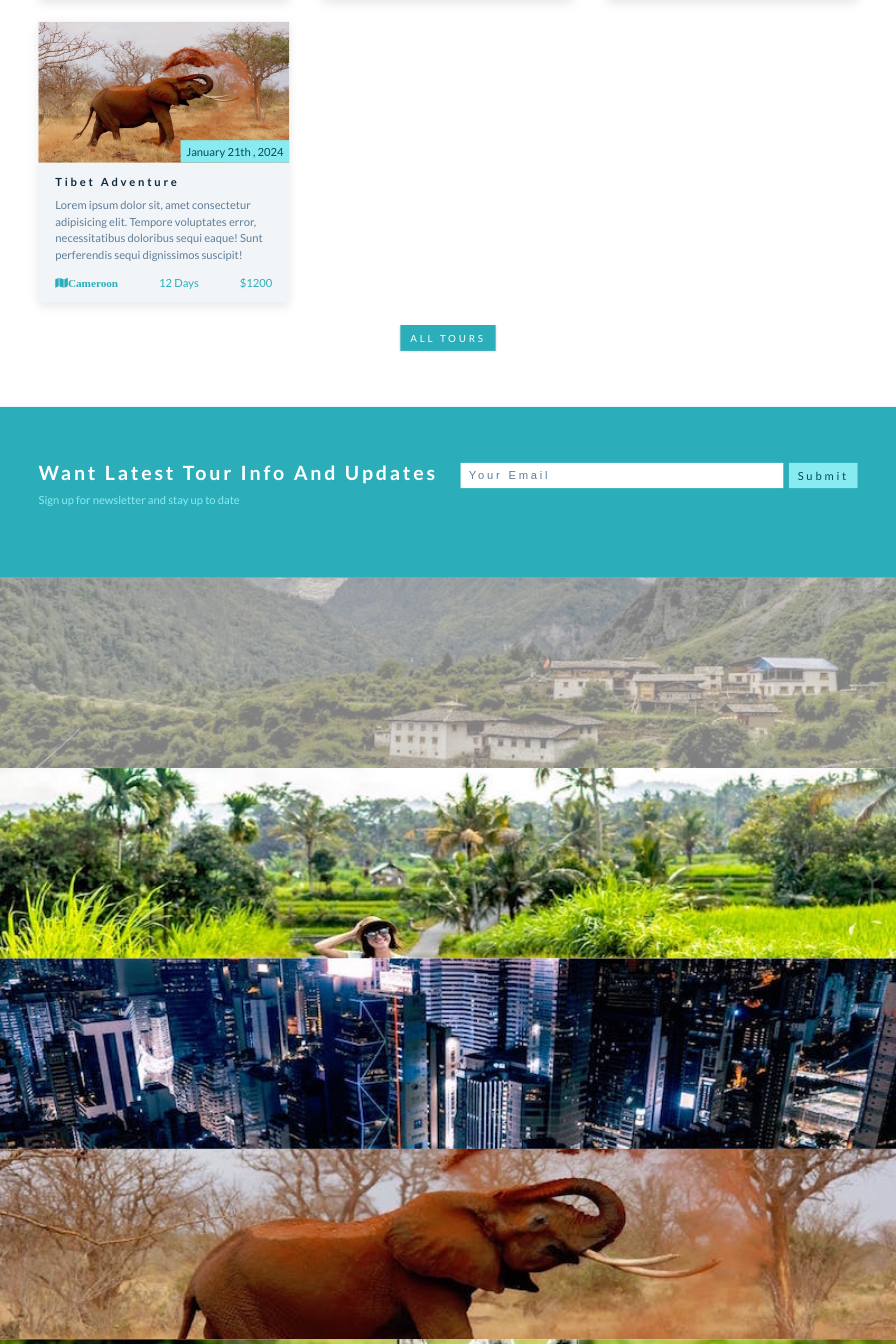
Repository: Ndifoinhilary/flexbox-project
Page: index.html
An editor plug-in stored every save of this project. The page is shown before and after the next save, followed by the edit.
The browser window is 1280 px wide. The pictures show the part of the page from y = 2386 to 4306 px (the page is 5387 px tall), at 70% of full size.
The pointer rests on the first visible `.gallery-img-container`.

Above is the page before, as saved 2024-01-24 05:36:39.

### index.html
<!DOCTYPE html>
<html lang="en">
  <head>
    <meta charset="UTF-8" />
    <meta name="viewport" content="width=device-width, initial-scale=1.0" />
    <meta http-equiv="X-UA-Compatible" content="ie=edge" />
    <title>Backroads || Tour Company</title>
    <!-- favicon -->
    <link rel="shortcut icon" href="./images/favicon.ico" type="image/x-icon" />
    <!-- font-awesome -->
    <link rel="stylesheet" href="fontawesome-free-5.9.0-web/css/all.min.css" />
    <!-- styles css -->
    <link rel="stylesheet" href="./css/main.css" />
  </head>
  <body>
    <header id="home">
      <!-- nav bar -->
      <!-- end of nav bar -->
  <!-- hero section  -->
  <div class="hero">
    <div class="hero-banner">
      <h1>continue exploring</h1>
      <p>Lorem ipsum dolor sit, amet consectetur adipisicing elit. Officiis, quam!</p>
      <a href="#featured" class="btn hero-btn scroll-link ">explore tours</a>
    </div>
  </div>
   <!-- end of hero section  -->
    </header>
    <!-- end of header -->
   <!-- section -->
    <section class="section" id="about">
      <!-- section title -->
      <div class="section-title">
        <h2>about <span>us</span></h2>
      </div>
            <!-- section title -->
        <div class="section-center about-center">
          <!-- about image wrapper -->
          <article class="about-img">
            <img src="./images/about.jpeg"  class="about-photo" alt="awesome">
          </article>
          <!-- about infor -->
          <artilce class="about-info">
            <h3>explore the difference</h3>
            <p>Lorem ipsum, dolor sit amet consectetur adipisicing elit. Et cum minima eaque illo consequuntur laudantium facere incidunt alias expedita accusamus!</p>
            <a href="#" class="btn">read more</a>
          </artilce>
        </div>
    </section>
    <!-- end of about  section -->


    <!-- service section start -->

    <section class="section services" id="servics">
      <div class="section-title">
        <h2>our <span>services</span></h2>
      </div>
      <div class="section-center services-center">
        <!-- single service -->
        <article class="service">
          <span class="service-icon">
            <i class="fas fa-wallet fa-fw"></i>
          </span>
          <div class="service-info">
            <h4 class="service-title" >saving money</h4>
            <p class="service-text"> Lorem ipsum dolor sit
              amet, consectetur adipisicing elit. Quisquam, id?
               Omnis rerum perferendis numquam repellat.</p>
          </div>
        </article>
        <article class="service">
          <span class="service-icon">
            <i class="fas fa-tree fa-fw"></i>
          </span>
          <div class="service-info">
            <h4 class="service-title" >tree money</h4>
            <p class="service-text"> Lorem ipsum dolor sit
              amet, consectetur adipisicing elit. Quisquam, id?
               Omnis rerum perferendis numquam repellat.</p>
          </div>
        </article>
         <article class="service">
          <span class="service-icon">
            <i class="fas fa-socks fa-fw"></i>
          </span>
          <div class="service-info">
            <h4 class="service-title" >only  money</h4>
            <p class="service-text"> Lorem ipsum dolor sit
              amet, consectetur adipisicing elit. Quisquam, id?
               Omnis rerum perferendis numquam repellat.</p>
          </div>
        </article>
      </div>
      </section>

<!-- feartueres tours -->

<section class="section" id="featured">
  <div class="section-title">
    <h2>feature <span>tours</span></h2>
  </div>
  <!-- featured center -->
 <div class="section-center featured-center">
  <article class="tour-card">
    <div class="tour-img-container">
      <img src="./images/tour-1.jpeg"    alt="tour around" class="tour-mg">
      <p class="tour-date">january 21th , 2024</p>
    </div>
    <div class="tour-info">
     <div class="tour-title">
      <h4>tibet advanture</h4>
      <p>34 days</p>
     </div>
      <p>Lorem ipsum dolor sit, amet consectetur adipisicing elit. Tempore voluptates error, necessitatibus doloribus sequi eaque! Sunt
        perferendis sequi dignissimos suscipit!</p>

        <div class="tour-footer">
          <p><span><i class="fas fa-map" >Cameroon</i></span></p>
          <p>$1200</p>
        </div>
    </div>
  </article>
  <article class="tour-card">
    <div class="tour-img-container">
      <img src="./images/tour-2.jpeg"    alt="tour around" class="tour-mg">
      <p class="tour-date">january 21th , 2024</p>
    </div>
    <div class="tour-info">
      <h4>tibet adventure</h4>
      <p>Lorem ipsum dolor sit, amet consectetur adipisicing elit. Tempore voluptates error, necessitatibus doloribus sequi eaque! Sunt
        perferendis sequi dignissimos suscipit!</p>

        <div class="tour-footer">
          <p><span><i class="fas fa-map" >Cameroon</i></span></p>
          <p>days</p>
          <p>$1200</p>
        </div>
    </div>
  </article>
    <article class="tour-card">
    <div class="tour-img-container">
      <img src="./images/tour-3.jpeg"    alt="tour around" class="tour-mg">
      <p class="tour-date">january 21th , 2024</p>
    </div>
    <div class="tour-info">
      <h4>tibet adventure</h4>
      <p>Lorem ipsum dolor sit, amet consectetur adipisicing elit. Tempore voluptates error, necessitatibus doloribus sequi eaque! Sunt
        perferendis sequi dignissimos suscipit!</p>

        <div class="tour-footer">
          <p><span><i class="fas fa-map" >Cameroon</i></span></p>
          <p>12 days</p>
          <p>$1200</p>
        </div>
    </div>
  </article>
  <article class="tour-card">
    <div class="tour-img-container">
      <img src="./images/tour-4.jpeg"    alt="tour around" class="tour-mg">
      <p class="tour-date">january 21th , 2024</p>
    </div>
    <div class="tour-info">
      <h4>tibet adventure</h4>
      <p>Lorem ipsum dolor sit, amet consectetur adipisicing elit. Tempore voluptates error, necessitatibus doloribus sequi eaque! Sunt
        perferendis sequi dignissimos suscipit!</p>

        <div class="tour-footer">
          <p><span><i class="fas fa-map" >Cameroon</i></span></p>
          <p>12 days</p>
          <p>$1200</p>
        </div>
    </div>
  </article>
 </div>
 <div class="tour-btn">
  <a href="#" class="btn"> all tours</a>
 </div>
</section>

<!-- end   feartueres tours -->

<!-- contact section -->
<section class="section contact" id="contact">
  <div class="section-center contact-center">
    <article class="contact-title">
      <h3>want latest tour info and updates</h3>
      <p>Sign up for newsletter and stay up to date </p>
    </article>
    <form action="" class="contact-form">
      <input type="email" name="email" class="form-control" placeholder="your email">
      <button type="submit" class="btn-submit">submit</button>
    </form>
  </div>
</section>



<!--end of   contact section -->

   <!-- gallery -->
   <section id="gallery">
    <div class="gallery-center">
      <article class="gallery-img-container">
        <img src="./images/tour-1.jpeg" class="gallery-img" alt="">
        <a href="#" class="gallery-icon"><i class="fas fa-search"></i></a>
      </article>
       <article class="gallery-img-container">
        <img src="./images/tour-2.jpeg" class="gallery-img" alt="">
        <a href="#" class="gallery-icon"><i class="fas fa-search"></i></a>
      </article>
        <article class="gallery-img-container">
        <img src="./images/tour-3.jpeg" class="gallery-img" alt="">
        <a href="#" class="gallery-icon"><i class="fas fa-search"></i></a>
      </article>
        <article class="gallery-img-container">
        <img src="./images/tour-4.jpeg" class="gallery-img" alt="">
        <a href="#" class="gallery-icon"><i class="fas fa-search"></i></a>
      </article>
       <article class="gallery-img-container">
        <img src="./images/tour-5.jpeg" class="gallery-img" alt="">
        <a href="#" class="gallery-icon"><i class="fas fa-search"></i></a>
      </article>
       <article class="gallery-img-container">
        <img src="./images/tour-6.jpeg" class="gallery-img" alt="">
        <a href="#" class="gallery-icon"><i class="fas fa-search"></i></a>
      </article>
         <article class="gallery-img-container">
        <img src="./images/tour-2.jpeg" class="gallery-img" alt="">
        <a href="#" class="gallery-icon"><i class="fas fa-search"></i></a>
      </article>
        <article class="gallery-img-container">
        <img src="./images/tour-1.jpeg" class="gallery-img" alt="">
        <a href="#" class="gallery-icon"><i class="fas fa-search"></i></a>
      </article>
    </div>
   </section>
   <!-- end of gallery -->
  </body>
</html>

### css/main.css
/*
===============
Fonts
===============
*/
@import url("https://fonts.googleapis.com/css?family=Lato:400,700&display=swap");

/*
===============
Variables
===============
*/

:root {
  /* dark shades of primary color*/
  --clr-primary-1: hsl(184, 91%, 17%);
  --clr-primary-2: hsl(185, 84%, 25%);
  --clr-primary-3: hsl(185, 81%, 29%);
  --clr-primary-4: hsl(184, 77%, 34%);
  /* primary/main color */
  --clr-primary-5: hsl(185, 62%, 45%);
  /* lighter shades of primary color */
  --clr-primary-6: hsl(185, 57%, 50%);
  --clr-primary-7: hsl(184, 65%, 59%);
  --clr-primary-8: hsl(184, 80%, 74%);
  --clr-primary-9: hsl(185, 94%, 87%);
  --clr-primary-10: hsl(186, 100%, 94%);
  /* darkest grey - used for headings */
  --clr-grey-1: hsl(209, 61%, 16%);
  --clr-grey-2: hsl(211, 39%, 23%);
  --clr-grey-3: hsl(209, 34%, 30%);
  --clr-grey-4: hsl(209, 28%, 39%);
  /* grey used for paragraphs */
  --clr-grey-5: hsl(210, 22%, 49%);
  --clr-grey-6: hsl(209, 23%, 60%);
  --clr-grey-7: hsl(211, 27%, 70%);
  --clr-grey-8: hsl(210, 31%, 80%);
  --clr-grey-9: hsl(212, 33%, 89%);
  --clr-grey-10: hsl(210, 36%, 96%);
  --clr-white: #fff;
  --ff-primary: "Lato", sans-serif;
  --transition: all 0.3s linear;
  --spacing: 0.25rem;
  --radius: 0.5rem;
  --light-shadow: 0 5px 15px rgba(0, 0, 0, 0.1);
  --dark-shadow: 0 5px 15px rgba(0, 0, 0, 0.2);
}
/*
===============
Global Styles
===============
*/

* {
  margin: 0;
  padding: 0;
  box-sizing: border-box;
}
body {
  font-family: var(--ff-primary);
  background: var(--clr-white);
  color: var(--clr-grey-1);
  line-height: 1.5;
  font-size: 0.875rem;
}
a {
  text-decoration: none;
}
/* img:not(.nav-logo) {
  width: 100%;
  display: block;
} */
img {
  width: 100%;
  display: block;
}
h1,
h2,
h3,
h4 {
  letter-spacing: var(--spacing);
  text-transform: capitalize;
  line-height: 1.25;
  margin-bottom: 0.75rem;
}
h1 {
  font-size: 3rem;
}
h2 {
  font-size: 2rem;
}
h3 {
  font-size: 1.25rem;
}
h4 {
  font-size: 0.875rem;
}
p {
  margin-bottom: 1.25rem;
  color: var(--clr-grey-5);
}
@media screen and (min-width: 800px) {
  h1 {
    font-size: 4rem;
  }
  h2 {
    font-size: 2.5rem;
  }
  h3 {
    font-size: 1.75rem;
  }
  h4 {
    font-size: 1rem;
  }
  body {
    font-size: 1rem;
  }
  h1,
  h2,
  h3,
  h4 {
    line-height: 1;
  }
}
/*  global classes */

.btn {
  text-transform: uppercase;
  background: var(--clr-primary-5);
  color: var(--clr-white);
  padding: 0.375rem 0.75rem;
  letter-spacing: var(--spacing);
  display: inline-block;
  /* font-weight: 700; */
  transition: var(--transition);
  font-size: 0.875rem;
  border: 2px solid transparent;
  cursor: pointer;
  box-shadow: 0 1px 3px rgba(0, 0, 0, 0.2);
}
.btn:hover {
  color: var(--clr-primary-1);
  background: var(--clr-primary-8);
}
.section {
  padding: 5rem 0;
}
.section-title {
  text-align: center;
  margin-bottom: 4rem;
}
.section-title h2 {
  text-transform: uppercase;
}
.section-title span {
  color: var(--clr-primary-5);
}
.section-center {
  width: 90vw;
  margin: 0 auto;
  max-width: 1170px;
}
@media screen and (min-width: 992px) {
  .section-center {
    width: 95vw;
  }
}
/*
===============
Navbar
===============
*/

/*
===============
Hero
===============
*/
.hero {
  min-height: 100vh;
  background: var(--clr-primary-5);
  display: flex;
  justify-content: center;
  align-items: center;
}
.hero-banner {
  text-align: center;
  color: var(--clr-white);
  padding: 0 3rem;
}
.hero-banner h1 {
  text-transform: uppercase;
}
.hero-banner p {
  max-width: 35rem;
  margin-left: auto;
  margin-right: auto;
  color: var(--clr-white);
  letter-spacing: var(--spacing);
}
.hero-btn {
  padding: 0.9rem 1.6rem;
  font-size: 1.25rem;
  background: var(--clr-white);
  color: var(--clr-primary-5);
}
.hero-btn:hover {
  background: transparent;
  color: var(--clr-white);
  border-color: var(--clr-white);
}
@media screen and (min-width: 768px) {
  .hero {
    background: linear-gradient(rgb(44, 174, 186, 0.7), rgba(0, 0, 0, 0.7)),
      url("../images/main.jpeg") center/cover no-repeat;
  }
  .hero-banner {
    padding: 0;
  }
  .hero-banner p {
    max-width: 45rem;
  }
}
/*
===============
About
===============
*/
/* section add to globals */
/* title add to globals */
/* section center add to globals */
.about-img,
.about-info {
  margin-bottom: 2rem;
}
@media screen and (min-width: 992px) {
  .about-center {
    display: flex;
    justify-content: space-between;
    flex-wrap: wrap;
  }
  .about-img,
  .about-info {
    flex: 0 0 calc(50% - 2rem);
    margin-bottom: 0;
    align-self: center;
  }
}

@media screen and (min-width: 1170px) {
  .about-img::before{
    content: "";
    position: absolute;
    border: 0.5rem solid var(--clr-primary-5);
    box-sizing: border-box;
    height: 100%;
    width: 100%;
    top: -1.5rem;
    left: -1.5rem;

  }
  .about-img{
    position: relative;
  }
  .about-photo{
    position: relative ;
  }
}
/*
===============
Services
===============
*/
.services{
  background: var(--clr-grey-10);
}
.service{
  text-align: center;
  margin-bottom: 3rem;
}
.service-icon{
  background: var(--clr-primary-5);
  color: var(--clr-primary-1);
  padding: 0.5rem;
  display: inline-block;
  font-size: 2rem;
  margin-bottom: 1.5rem;
}

.service-text{
  max-width: 20rem;
  margin-left: auto;
  margin-right: auto;
}



@media screen  and (min-width:576px) {
  .section-center{
    display: flex;
    justify-content: space-between;
    flex-wrap: wrap;
  }
  .service{
    flex: 0 0 calc(50% - 1rem);
    margin-bottom: 1rem;
  }
}
@media screen  and (min-width:992px) {
.service{
    flex: 0 0 calc(33.333% - 1rem);
  }
}
@media screen  and (min-width:1170px) {
.service{
  display: flex;
  text-align: left;
  }
  .service-icon{
    align-self: start;
  }
  .service-info{
    padding-left: 1rem;
  }
  .service-title{
    margin-bottom: 0.5rem;
  }
}
/*
===============
Featured Tours
===============
*/


.tour-card{
  transition: var(--transition);
  background: var(--clr-grey-10);
  box-shadow: var(--light-shadow);
  margin-bottom: 2rem;
}

.tour-card:hover{
  box-shadow: var(--dark-shadow);
  transform: scale(1.02);
}
.tour-img-container{
  position: relative;
}
.tour-img{
  height: 15rem;
  object-fit: cover;
}
.tour-date{
  position: absolute;
  right: 0;
  bottom: 0;
  background: var(--clr-primary-8);
  margin-bottom: 0;
  color: var(--clr-primary-1);
  text-transform: capitalize;
  padding: 0.25rem 0.5rem;
}
.tour-info{
  padding: 1.25rem 1.5rem;
}
.tour-footer{
  display: flex;
  justify-content: space-between;
  flex-wrap: wrap;
  align-items: center;
}
.tour-footer p {
  line-height: 0;
  margin-bottom: 0;
  text-transform: capitalize;
  color: var(--clr-primary-5);
}
.tour-btn{
  text-align: center;
}


@media screen and (min-width:760px) {
  .featured-center{
    display: flex;
    flex-wrap: wrap;
    justify-content: space-between;
  }
  .tour-card{
    flex: 0 0 calc(50% - 2rem);
  }
}
@media screen and (min-width:1170px) {
  .tour-card{
    flex: 0 0 calc(33.33% - 2rem);
  }
}
.tour-title{
  display: flex;
  justify-content: space-between;
  flex-wrap: wrap;
}
.tour-title p , .tour-title h4{
  margin-bottom: 0.75rem;
  line-height: 1.25rem;

}
.tour-title p {
  color: var(--clr-grey-7);
  text-transform: capitalize;
}



/*
===============
Contact
==============
 */



 .contact{
  background: var(--clr-primary-5);
 }

 .contact-title{
  color: var(--clr-white);
 }
 .contact-title p {
  color: var(--clr-primary-8);
 }

 .contact-form{
  display: flex;
  max-width: 28rem;

 }

.form-control{
  flex: 1 1 auto;
  color: var(--clr-grey-5);
}
.form-control, .btn-submit{
  padding:0.375rem 0.75rem;
  font-size: 1rem;
  line-height: 1.5rem;
  font-weight: 300;
  letter-spacing: var(--spacing);
  background: var(--clr-white);
  text-transform: capitalize;
  border: transparent;
}
.form-control::placeholder{
  color: inherit;
}
.btn-submit{
  font-family: var(--ff-primary);
  margin-left: 0.5rem;
  background: var(--clr-primary-8);
  color: var(--clr-primary-1);
  cursor: pointer;
  transition: var(--transition);
}


.btn-submit:hover{
  background: var(--clr-primary-1);
  color: var(--clr-primary-5);
}

@media screen and (min-width:992px) {
  .contact-center{
    display: flex;
    justify-content: space-between;
    flex-wrap: wrap;
  }
  .contact-form{
    align-self: flex-start;
    flex: 1 1 auto;
    max-width: 100%;
    padding-left: 2rem;
  }
}

/*
===============
Deals
===============
*/
/*
===============
Gallery
===============
*/
.gallery-center{

}

.gallery-img-container{
  position: relative;
  background: var(--clr-primary-5);
}

.gallery-icon{
  position: absolute;
  top: 50%;
  left: 50%;
  font-size: 2rem;
  transform: translate(-50%, -50%);
  color: var(--clr-white);
  opacity: 0;
  cursor: pointer;
  transition: var(--transition);
}

.gallery-img{
  height: 17rem;
  object-fit: cover;
  transition: var(--transition);
}
.gallery-img-container:hover{
  opacity: 0.5;
}
/*
===============
Footer
===============
*/

Loaded but not shown: fontawesome-free-5.9.0-web/css/all.min.css (library)

After the next save:
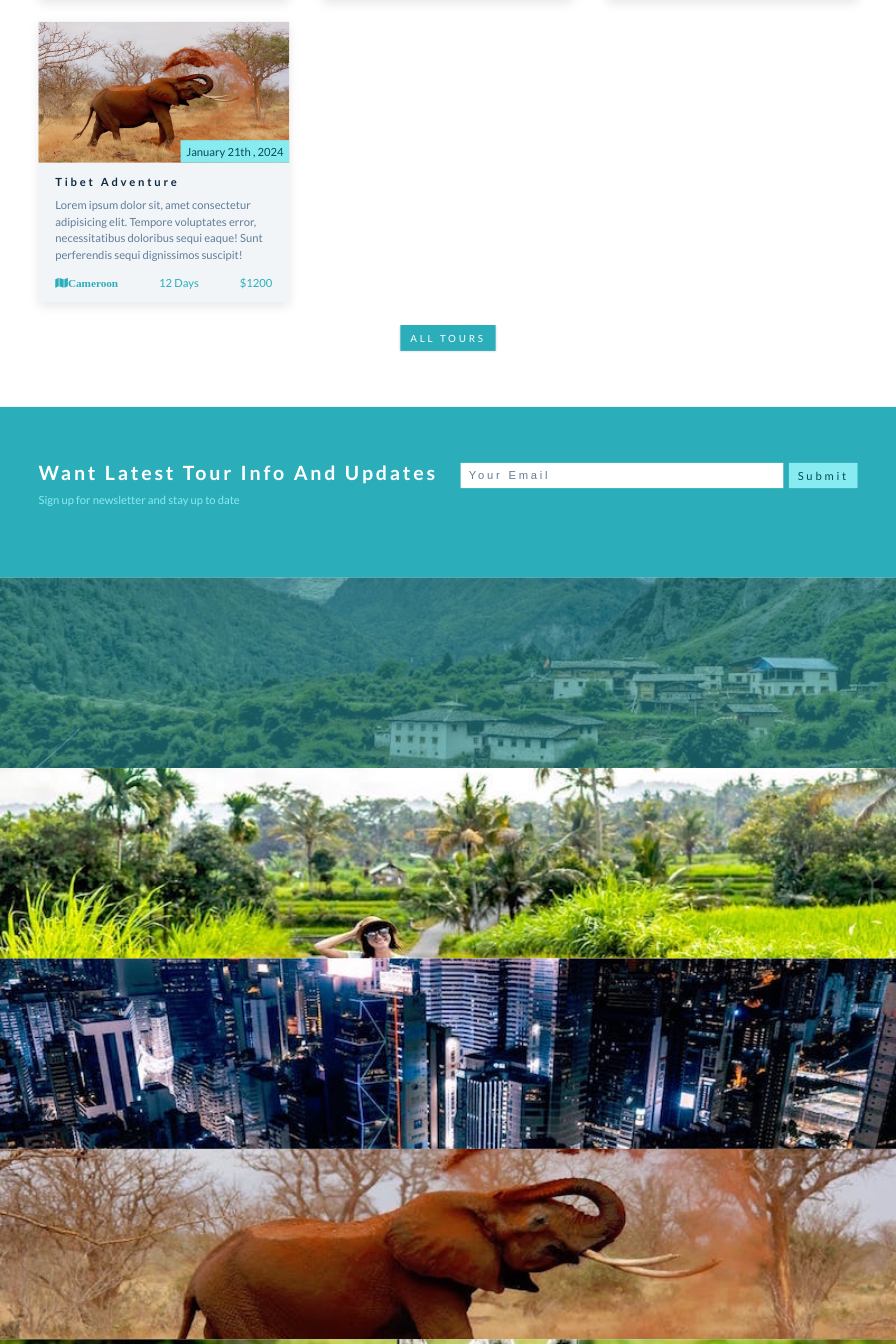
Saved 31 s later.
--- a/css/main.css
+++ b/css/main.css
@@ -520,7 +520,7 @@ Gallery
   object-fit: cover;
   transition: var(--transition);
 }
-.gallery-img-container:hover{
+.gallery-img-container:hover .gallery-img{
   opacity: 0.5;
 }
 /*
